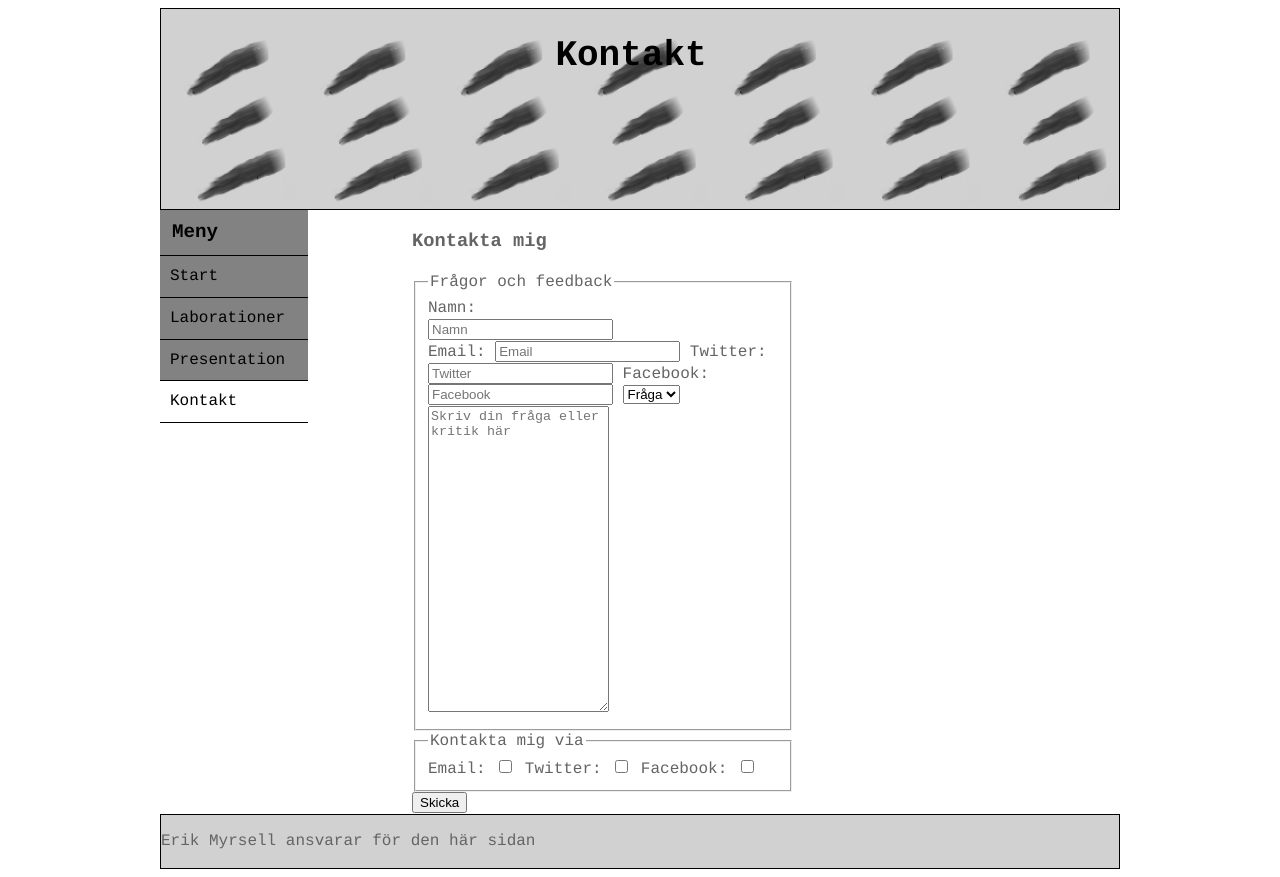
Repository: em222mt/1IK415_em222mt
Page: pages/kontakt.html
The author's editor kept a record of every edit. The page is drawn from the files as they stood at one moment, then again after the next edit.
The browser window is 1280 px wide. The pictures show the whole page.

Above is the page before.

### pages/kontakt.html
<!doctype html>
<html lang="sv">

<head>
     <meta charset="utf-8">
     <title>Kontakt</title>

     <link rel="stylesheet" href="../css/basic.css">
</head>

    <body>
        <div id="container">

            <div id="header">

            <h1 class="headertitle">Kontakt</h1>

            </div>

            <div id="navigation">

            <ul>
                <li>Meny</li>
                <li><a href="../index.html">Start</a></li>
                <li><a href="laborationer.html">Laborationer</a></li>
                <li><a href="presentation.html">Presentation</a></li>
                <li><a href="kontakt.html" class="active">Kontakt</a></li>
            </ul>

            </div>

            <div id="content">

            <div id="contact">

            <h3>Kontakta mig</h3>

            <!-- Formulär börjar här -->

            <form id="form" action="http://voyager.lnu.se/tekinet/kurser/dtt/wp_webbintro/form.php" method="post">
                <fieldset>
                    <legend id="formframe">Frågor och feedback</legend>

                        <label id="formname" for="namn">Namn:</label></br>
                        <input id="formname" placeholder="Namn" type="text" name="namn" id="namn" /></br>

                        <label id="formemail"for="email">Email:</label>
                        <input id="formemail"placeholder="Email" type="text" name="email" id="email" />

                        <label id="formtwitter" for="twitter">Twitter:</label>
                        <input id="formtwitter"placeholder="Twitter" type="text" name="twitter" id="twitter" />

                        <label id="formfacebook" for="facebook">Facebook:</label>
                        <input id="formfacebook" placeholder="Facebook" type="text" name="facebook" id="facebook" />

                        <select id="formselector" name="fråga eller feedback">
                            <option value="Fråga" selected> Fråga </option>
                            <option value="Ris"> Ris </option>
                            <option value="Ros"> Ros </option>
                        </select>

                        <textarea id="formtext" for="textarea" cols="20" rows="20" placeholder="Skriv din fråga eller kritik här" type="text" name="textarea" id="textarea"></textarea>

               </fieldset>

               <fieldset>
                   <legend>Kontakta mig via</legend>

                        <label for="recepientemail">Email:</label>
                        <input type="checkbox" name="recepientemail" id="recepientemail" />
                        <label for="recepienttwitter">Twitter:</label>
                        <input type="checkbox" name="recepienttwitter" id="recepienttwitter" />
                        <label for="recepientfacebook">Facebook:</label>
                        <input type="checkbox" name="recepientfacebook" id="recepientfacebook" />

                </fieldset>

                <input id="formsubmit" type="submit" value="Skicka" />

            </form>

            </div>

            </div>

            <div id="footer">

                <p>Erik Myrsell ansvarar för den här sidan</p>

            </div>

        </div>

    </body>
</html>

### css/basic.css
/*
Background main: #FFFFFF
Background aside: #838283
Background header/footer: #D1D1D1
text-color: #646466
*/

/*Layout*/

a:link 	    { color: black; }
a:visited 	{ color: gray; }
a:focus 	{ color: #838283; }
a:hover	    { color: #6495ED; }
a:active 	{ color: #FFFFFF; }

/*Container*/

#container {
    max-width: 960px;
    overflow: auto;
    margin: 0 auto;
}

/*----------------------------------------*/

/*Header*/

#header {
    border-style: solid;
    border-width: 1px;
    width: 958px;
    background-color: #D1D1D1;
    background-image: url(../pics/Logo5.png);
    background-repeat: round;
    background-position: left;
    text-indent: 300px;
    height: 200px;
}

/*----------------------------------------*/

/*Navigation*/

#navigation {
    float: left;
    width: 148px;
    background-color: #838283;
}

#navigation ul {
    width: 148px;
    margin: 0; padding: 0;
}

#navigation li {
    list-style-type: none;
    border-bottom: 1px solid black;
    text-decoration: none;
}

#navigation li a {
    display: block;
    padding: 10px;
    background-color: #838283;
    color: black;
    text-decoration: none;
}

#navigation li a:hover {
    background-color: white;
    color: #51476F;
    text-decoration: none;
}

#navigation ul li .active {
    background-color: white;
    border-right: none;
}

#navigation ul li:firstchild {
    font-size: 1.2em;
    text-align: center;
    padding-bottom: 10px;
    padding-top: 10px;
}

#navigation > ul > li:nth-child(1){
    color: black;
    font-weight: bold;
    font-size: 1.2em;
    text-indent: 12px;
    padding-bottom: 10px;
    padding-top: 10px;
}

/*----------------------------------------*/

/*Content*/

#content {
    float: left;
    max-width: 808px;
    background-color: #FFFFFF;
    padding-right: 84px;
    padding-left: 84px;
}

#content, p {
    color: #646466;
    font-family: courier , serif;
    line-height: 130%;
    width: 640px;
}

/*----------------------------------------*/

/*Footer*/

#footer {
    border-style: solid;
    border-width: 1px;
    clear: both;
    max-width: 958px;
    background-color: #D1D1D1;
}

/*----------------------------------------*/

/*Storleksanpassat bild i inlägg 2*/
#gubbe {
    max-width: 450px;
}

/*fonts*/
h1, h2, h3, ul, ol, li, form {
    color: #646466;
    font-family: courier , serif;
    line-height: 130%;
    width: 640px;
}

/*----------------------------------------*/

/*Tabell på laboration.html*/

#content table tr td {
    width: 40%;
    border: 2px solid #838283;
    text-align: center;
    border-top-right-radius: 5px;
    border-bottom-right-radius: 5px;

}

#table th {
    border: 2px solid #838283;
    font-size: 1.03em;
    border-top-right-radius: 5px;
    border-bottom-right-radius: 5px;
}

tfoot {
    font-size: 1.03em;
}

/*----------------------------------------*/

/*Lagt till padding för att bulka upp index- och kontaktsidan.*/
#blogg {
    padding-right: 30px;
    padding-left: 30px;
}

#contact {
    padding-right: 20px;
    padding-left: 20px;
}

/*----------------------------------------*/

/*Anpassat headerns text*/

.headertitle {
    text-align: center;
    color: black;
    font-size: 2.25em;
}

/*----------------------------------------*/

/*Lagt till en bild vid blogginläggen*/

h3.entry {
    background-image: url(../pics/post.png);
    background-repeat: no-repeat;
    background-position: top left;
    text-indent: 35px;
}
.entrypic {
    float: right;
    width: 35%;
}

/*----------------------------------------*/
/*#form > fieldset:nth-child(1) {*/
/*    width: 350px;*/
/*}*/

/*#form > fieldset:nth-child(2) {*/
/*    width: 350px;*/
/*}*/

#form fieldset {
    width: 350px;
}

After the next edit:
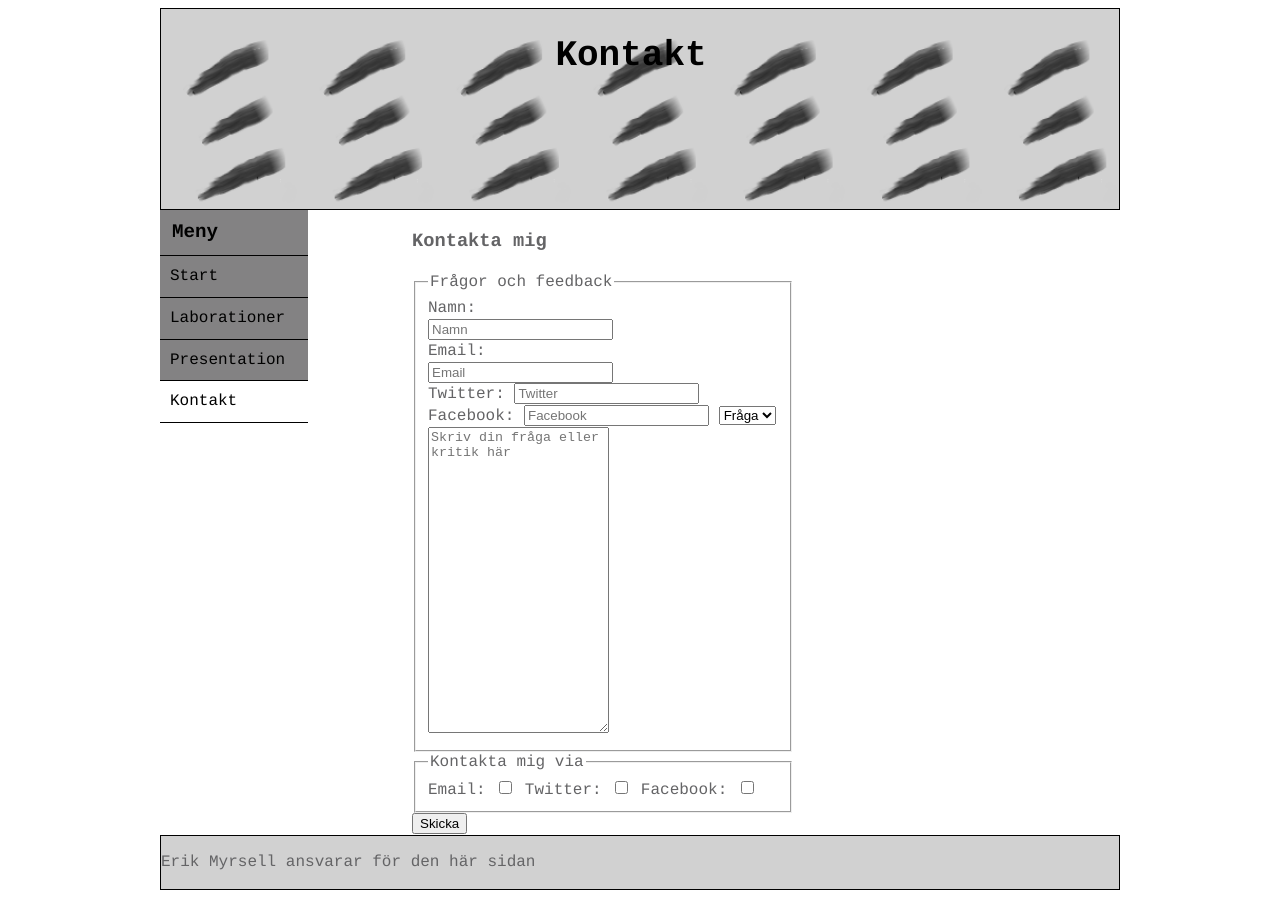
The edit:
--- a/pages/kontakt.html
+++ b/pages/kontakt.html
@@ -44,8 +44,8 @@
                         <label id="formname" for="namn">Namn:</label></br>
                         <input id="formname" placeholder="Namn" type="text" name="namn" id="namn" /></br>
 
-                        <label id="formemail"for="email">Email:</label>
-                        <input id="formemail"placeholder="Email" type="text" name="email" id="email" />
+                        <label id="formemail"for="email">Email:</label></br>
+                        <input id="formemail"placeholder="Email" type="text" name="email" id="email" /></br>
 
                         <label id="formtwitter" for="twitter">Twitter:</label>
                         <input id="formtwitter"placeholder="Twitter" type="text" name="twitter" id="twitter" />
